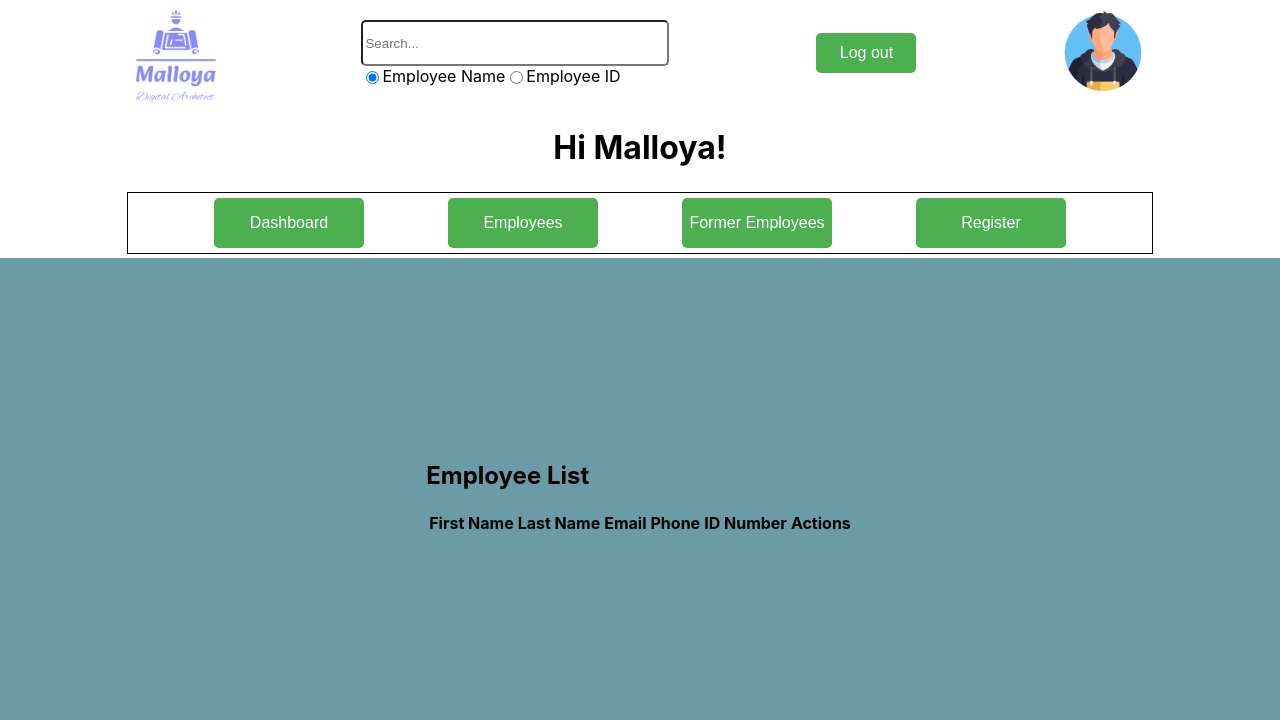
Repository: SbuKhoza/register
Page: /employees
An editor plug-in stored every save of this project. The page is shown before and after a run of saves, followed by the edit.
The browser window is 1280 px wide. The pictures show the whole page.
The project was rebuilt for these pictures with package versions that can differ from the ones it lists, and the page was loaded fresh each time. Also part of the build but not shown: src/Form.css, src/Form.js, src/Home.js, src/Login.css, src/Login.js, src/FEmployee.css, src/Fempl.js, src/FEmployee.js and 1 more.

Above is the page before, as saved 2024-07-22 14:17:12.

After the next 2 saves:
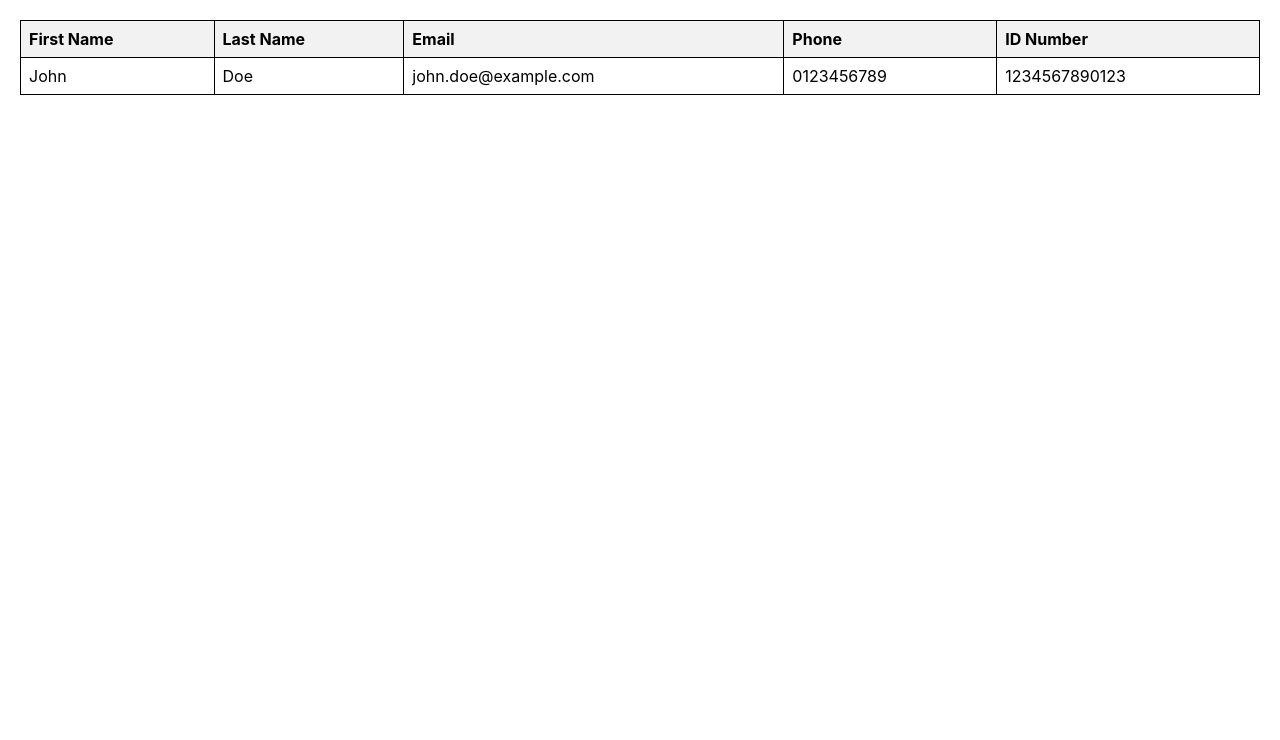
The 2 saves are shown as one change because they came seconds apart.
The last was saved 2 min 27 s later.
--- a/src/Employee.js
+++ b/src/Employee.js
@@ -1,105 +1,46 @@
-import React, { useState } from 'react';
-import './Home.css';
-import Employ from './Employ';
+import React from 'react';
 import { useNavigate } from 'react-router-dom';
+import './Employee.css';
 
-function Home() {
-    const [searchOption, setSearchOption] = useState('fname');
-    const [searchValue, setSearchValue] = useState('');
+function Employee() {
+    // Sample data, replace with actual data
+    const employees = [
+        { id: 1, name: 'John', sname: 'Doe', email: 'john.doe@example.com', phone: '0123456789', idnum: '1234567890123' },
+        // Add more employee objects
+    ];
+
     const navigate = useNavigate();
 
-    const handleOptionChange = (event) => {
-        setSearchOption(event.target.value);
-        setSearchValue('');
-    };
-
-    const handleSearchChange = (event) => {
-        const value = event.target.value;
-        if (searchOption === 'fname') {
-            if (/^[a-zA-Z]*$/.test(value)) {
-                setSearchValue(value);
-            }
-        } else if (searchOption === 'emp-id') {
-            if (/^\d*$/.test(value)) {
-                setSearchValue(value);
-            }
-        }
-    };
-
-    const handleSearch = () => {
-        console.log(`Searching for ${searchValue} by ${searchOption}`);
-    };
-
-    const handleLogout = () => {
-        navigate('/');
+    const handleEdit = (id) => {
+        navigate(`/edit-employee/${id}`);
     };
 
     return (
-        <div className="App">
-            <div className='container'>
-                <div className='heading'>
-                    <nav>
-                        <div className='logo'>
-                            <img src='logo.png' alt='logo'></img>
-                        </div>
-
-                        <div className='search'>
-                            <input type='text' placeholder='Search...' id='search'
-                                value={searchValue}
-                                onChange={handleSearchChange}
-                            ></input>
-                            <div className='rad'>
-                                <input
-                                    type='radio'
-                                    id='nam'
-                                    name='searchOption'
-                                    value='fname'
-                                    checked={searchOption === 'fname'}
-                                    onChange={handleOptionChange}
-                                ></input>
-                                <label htmlFor='nam'>Employee Name</label>
-                                <input
-                                    type='radio'
-                                    id='eid'
-                                    name='searchOption'
-                                    value='emp-id'
-                                    checked={searchOption === 'emp-id'}
-                                    onChange={handleOptionChange}
-                                ></input>
-                                <label htmlFor='eid'>Employee ID</label>
-                            </div>
-                        </div>
-
-                        <div className='logout'>
-                            <button type='button' className='btn' onClick={handleLogout}>Log out</button>
-                        </div>
-
-                        <div className='profile'>
-                            <img src='boy.png' alt='profile'></img>
-                        </div>
-                    </nav>
-                </div>
-
-                <div className='nav2'>
-                    <h1>Hi Malloya!</h1>
-                </div>
-
-                <div className='nav3'>
-                    <div className='dash'>
-                        <button type='button' className='btn' onClick={() => navigate('/home')}>Dashboard</button>
-                        <button type='button' className='btn' onClick={() => navigate('/employees')}>Employees</button>
-                        <button type='button' className='btn' onClick={() => navigate('/former-employees')}>Former Employees</button>
-                        <button type='button' className='btn' onClick={() => navigate('/register')}>Register</button>
-                    </div>
-                </div>
-
-                <div className='main'>
-                    <Employ />
-
-                </div>
-            </div>
+        <div className="Employee">
+            <table className="employee-table">
+                <thead>
+                    <tr>
+                        <th>First Name</th>
+                        <th>Last Name</th>
+                        <th>Email</th>
+                        <th>Phone</th>
+                        <th>ID Number</th>
+                    </tr>
+                </thead>
+                <tbody>
+                    {employees.map((employee) => (
+                        <tr key={employee.id}>
+                            <td onClick={() => handleEdit(employee.id)}>{employee.name}</td>
+                            <td>{employee.sname}</td>
+                            <td>{employee.email}</td>
+                            <td>{employee.phone}</td>
+                            <td>{employee.idnum}</td>
+                        </tr>
+                    ))}
+                </tbody>
+            </table>
         </div>
     );
 }
 
-export default Home;
+export default Employee;

After the 2 saves that followed:
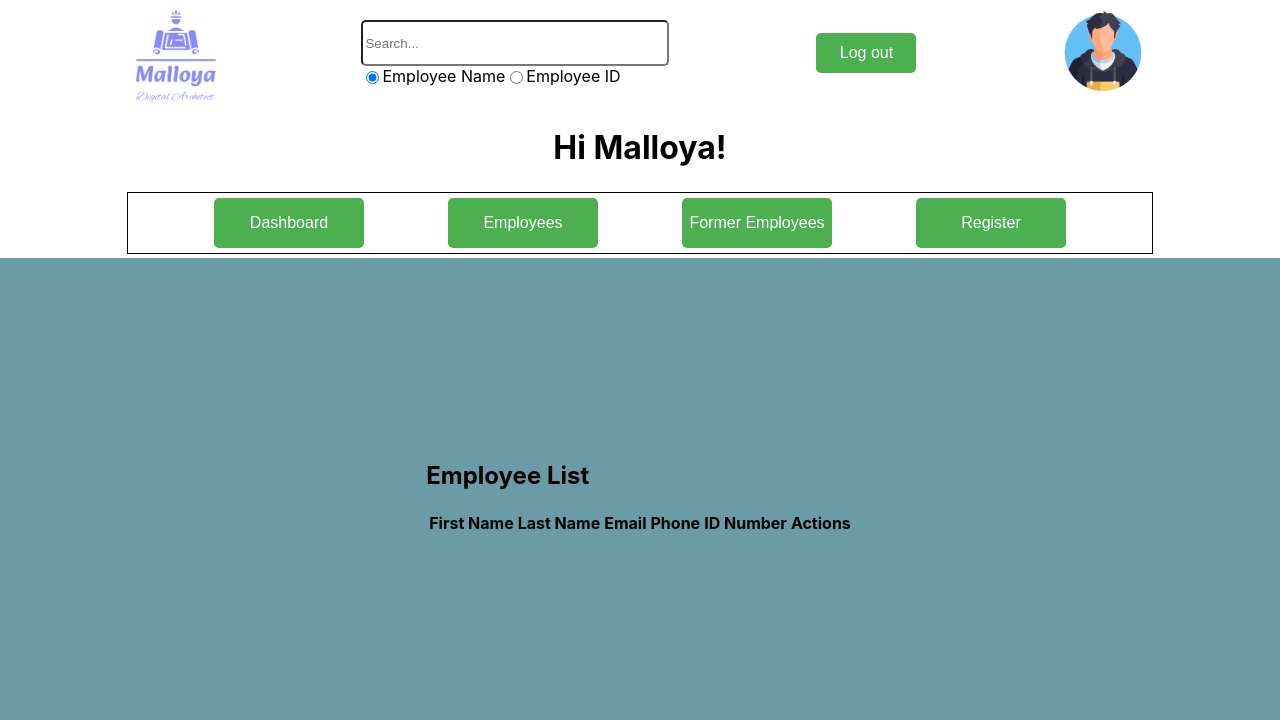
The 2 saves are shown as one change because they came seconds apart.
The last was saved 19 s later.
--- a/src/Employee.js
+++ b/src/Employee.js
@@ -1,46 +1,105 @@
-import React from 'react';
+import React, { useState } from 'react';
+import './Home.css';
+import Employ from './Employ';
 import { useNavigate } from 'react-router-dom';
-import './Employee.css';
 
-function Employee() {
-    // Sample data, replace with actual data
-    const employees = [
-        { id: 1, name: 'John', sname: 'Doe', email: 'john.doe@example.com', phone: '0123456789', idnum: '1234567890123' },
-        // Add more employee objects
-    ];
-
+function Home() {
+    const [searchOption, setSearchOption] = useState('fname');
+    const [searchValue, setSearchValue] = useState('');
     const navigate = useNavigate();
 
-    const handleEdit = (id) => {
-        navigate(`/edit-employee/${id}`);
+    const handleOptionChange = (event) => {
+        setSearchOption(event.target.value);
+        setSearchValue('');
+    };
+
+    const handleSearchChange = (event) => {
+        const value = event.target.value;
+        if (searchOption === 'fname') {
+            if (/^[a-zA-Z]*$/.test(value)) {
+                setSearchValue(value);
+            }
+        } else if (searchOption === 'emp-id') {
+            if (/^\d*$/.test(value)) {
+                setSearchValue(value);
+            }
+        }
+    };
+
+    const handleSearch = () => {
+        console.log(`Searching for ${searchValue} by ${searchOption}`);
+    };
+
+    const handleLogout = () => {
+        navigate('/');
     };
 
     return (
-        <div className="Employee">
-            <table className="employee-table">
-                <thead>
-                    <tr>
-                        <th>First Name</th>
-                        <th>Last Name</th>
-                        <th>Email</th>
-                        <th>Phone</th>
-                        <th>ID Number</th>
-                    </tr>
-                </thead>
-                <tbody>
-                    {employees.map((employee) => (
-                        <tr key={employee.id}>
-                            <td onClick={() => handleEdit(employee.id)}>{employee.name}</td>
-                            <td>{employee.sname}</td>
-                            <td>{employee.email}</td>
-                            <td>{employee.phone}</td>
-                            <td>{employee.idnum}</td>
-                        </tr>
-                    ))}
-                </tbody>
-            </table>
+        <div className="App">
+            <div className='container'>
+                <div className='heading'>
+                    <nav>
+                        <div className='logo'>
+                            <img src='logo.png' alt='logo'></img>
+                        </div>
+
+                        <div className='search'>
+                            <input type='text' placeholder='Search...' id='search'
+                                value={searchValue}
+                                onChange={handleSearchChange}
+                            ></input>
+                            <div className='rad'>
+                                <input
+                                    type='radio'
+                                    id='nam'
+                                    name='searchOption'
+                                    value='fname'
+                                    checked={searchOption === 'fname'}
+                                    onChange={handleOptionChange}
+                                ></input>
+                                <label htmlFor='nam'>Employee Name</label>
+                                <input
+                                    type='radio'
+                                    id='eid'
+                                    name='searchOption'
+                                    value='emp-id'
+                                    checked={searchOption === 'emp-id'}
+                                    onChange={handleOptionChange}
+                                ></input>
+                                <label htmlFor='eid'>Employee ID</label>
+                            </div>
+                        </div>
+
+                        <div className='logout'>
+                            <button type='button' className='btn' onClick={handleLogout}>Log out</button>
+                        </div>
+
+                        <div className='profile'>
+                            <img src='boy.png' alt='profile'></img>
+                        </div>
+                    </nav>
+                </div>
+
+                <div className='nav2'>
+                    <h1>Hi Malloya!</h1>
+                </div>
+
+                <div className='nav3'>
+                    <div className='dash'>
+                        <button type='button' className='btn' onClick={() => navigate('/home')}>Dashboard</button>
+                        <button type='button' className='btn' onClick={() => navigate('/employees')}>Employees</button>
+                        <button type='button' className='btn' onClick={() => navigate('/former-employees')}>Former Employees</button>
+                        <button type='button' className='btn' onClick={() => navigate('/register')}>Register</button>
+                    </div>
+                </div>
+
+                <div className='main'>
+                    <Employ />
+
+                </div>
+            </div>
         </div>
     );
 }
 
-export default Employee;
+export default Home;
